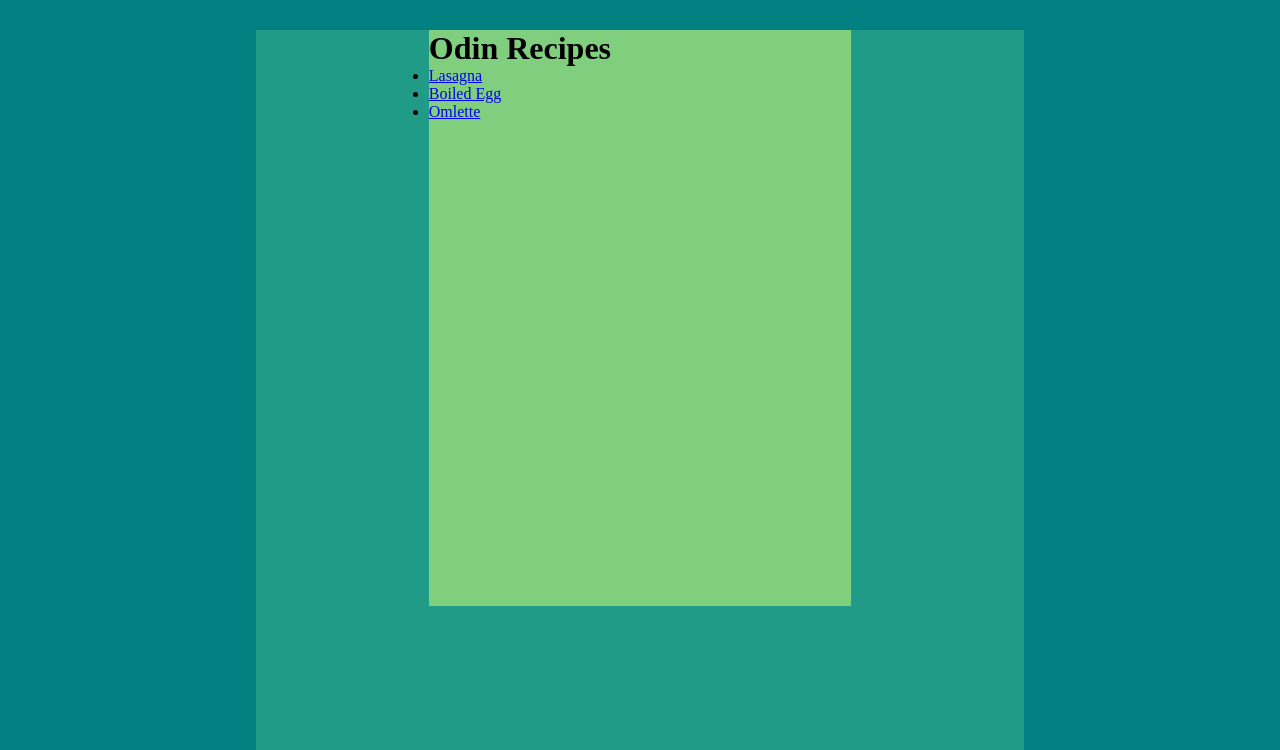
Repository: Pafestivo/odin-recipes
Page: index.html
An editor plug-in stored every save of this project. The page is shown before and after the next save, followed by the edit.
The browser window is 1280 px wide. The pictures show the whole page.

Above is the page before, as saved 2022-09-24 12:26:43.

After the next save:
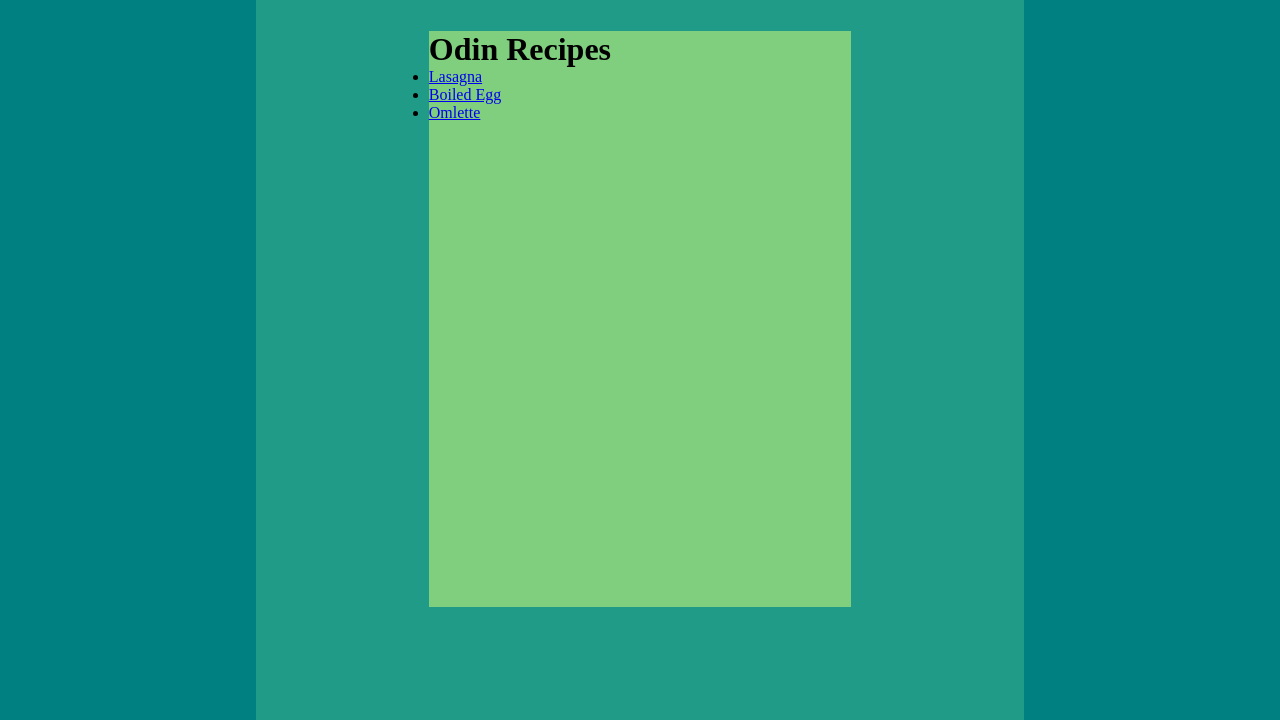
Saved 6 s later.
--- a/css/styles.css
+++ b/css/styles.css
@@ -14,6 +14,7 @@ body {
   background-color: #209B87;
   width: 60vw;
   height: 100vh;
+  padding: 1px;
   margin: 0 auto;
 }
 
